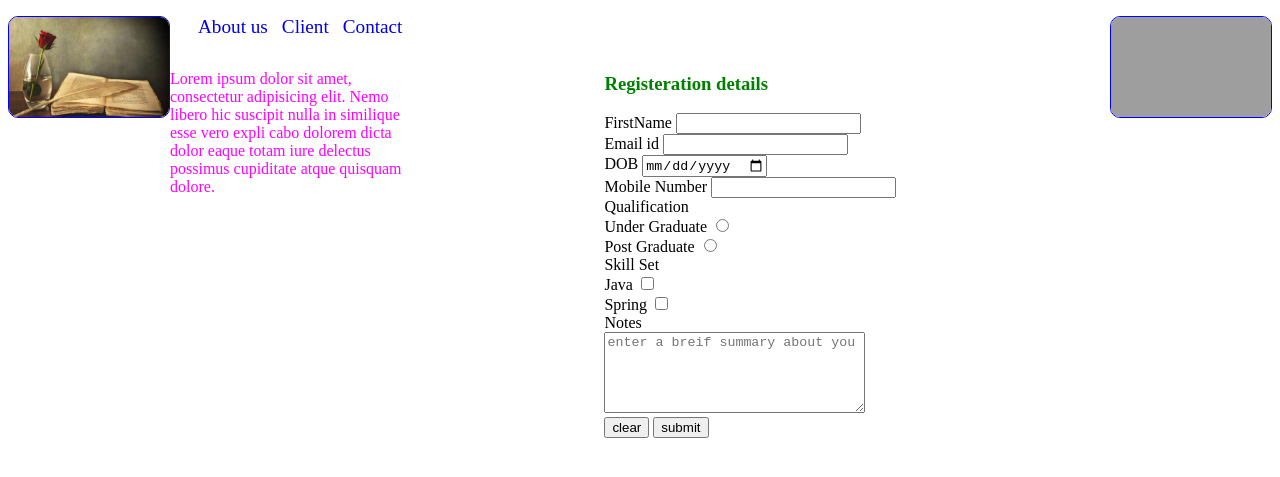
Repository: Balamurugan1914/crud_operation_without_db
Page: html_example/src/main/webapp/Registeration.html
The author's editor kept a copy of each file at every save. The page is drawn from the files as they stood at one save, then again after the next save.
The browser window is 1280 px wide. The pictures show the whole page.
Pictures or frames that could not be fetched are drawn as grey boxes.

Above is the page before, as saved 2022-06-23 06:51:18.

After the next save:
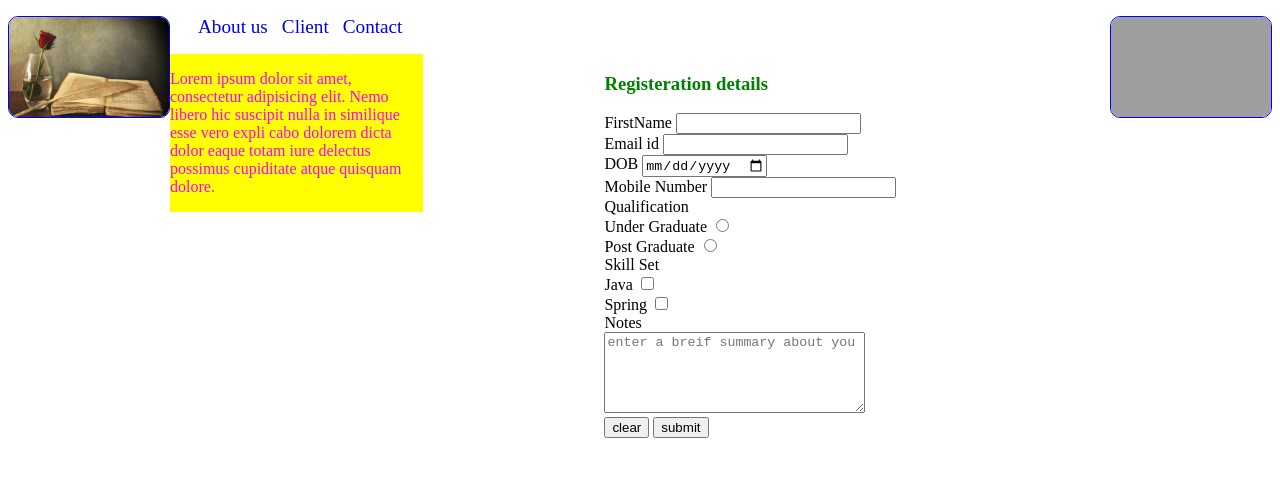
Saved 2 min 1 s later.
--- a/html_example/src/main/webapp/Registeration.html
+++ b/html_example/src/main/webapp/Registeration.html
@@ -49,7 +49,7 @@ border-radius: 10px
 
 	<section style="width: 100%;height: 60%">
 
-			<article style="width: 20%" class="left">
+			<article style="width: 20%;background-color: yellow" class="left">
 			<p style="color: magenta">Lorem ipsum dolor sit amet, consectetur adipisicing elit. Nemo libero hic suscipit nulla in similique esse vero expli
 cabo dolorem dicta dolor eaque totam iure delectus possimus cupiditate atque quisquam dolore.</p>
 
